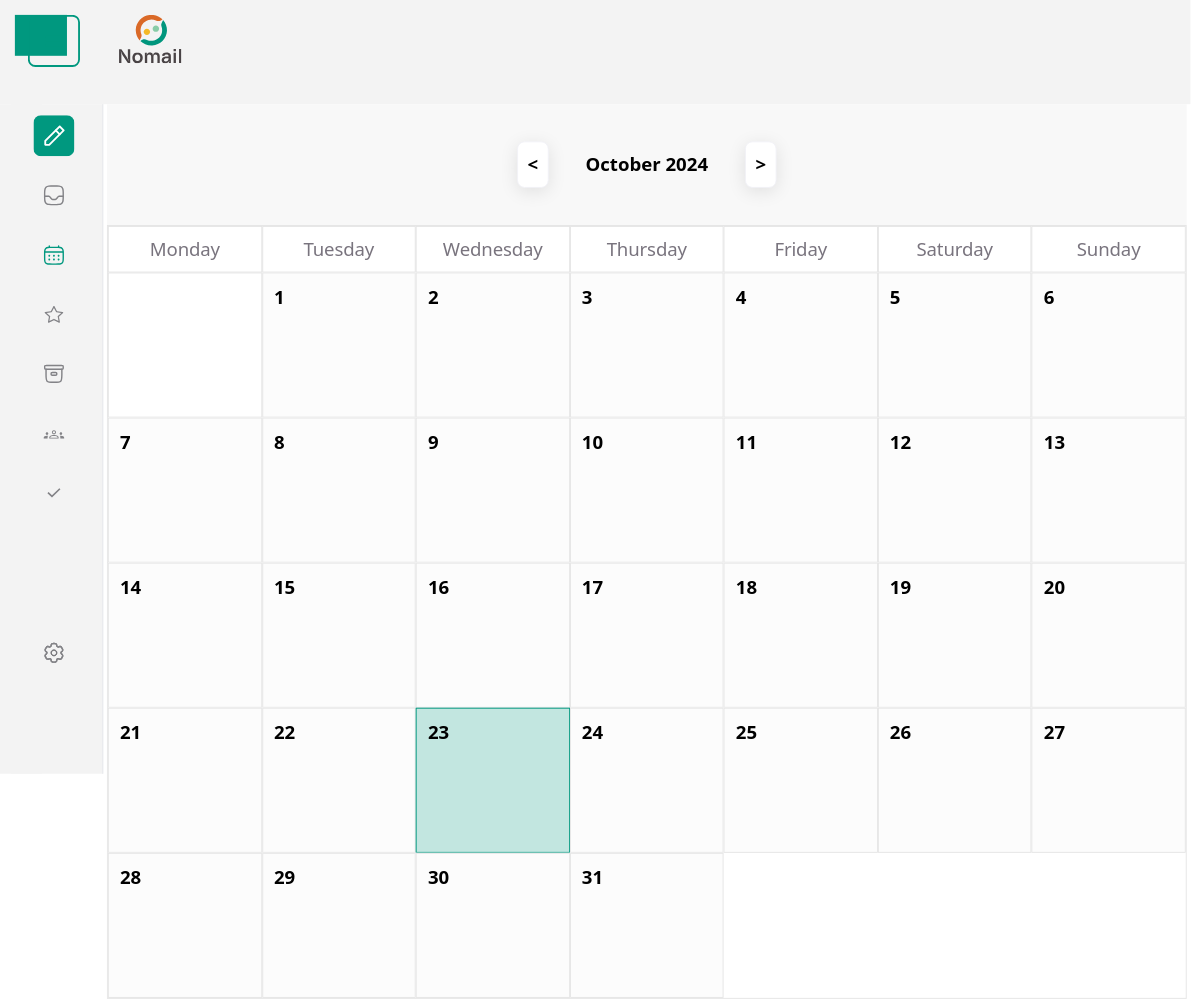
Repository: Tofigkh1/Nomail-App
Page: /calendar
An editor plug-in stored every save of this project. The page is shown before and after the next save, followed by the edit.
The browser window is 1280 px wide. The page is 1280 px wide, then 1286 px, so the pictures cover 1286 px, including what lies to the right of the window. The pictures show the whole page, at 93% of full size.
The project was rebuilt for these pictures with package versions that can differ from the ones it lists, and the page was loaded fresh each time. The framework's server and built-in components were replaced by stand-ins that run in the browser. Also part of the build but not shown: next.config.mjs, components/shared/svg/calendarSvg.jsx.

Above is the page before, as saved 2024-10-23 03:26:24.

After the next save:
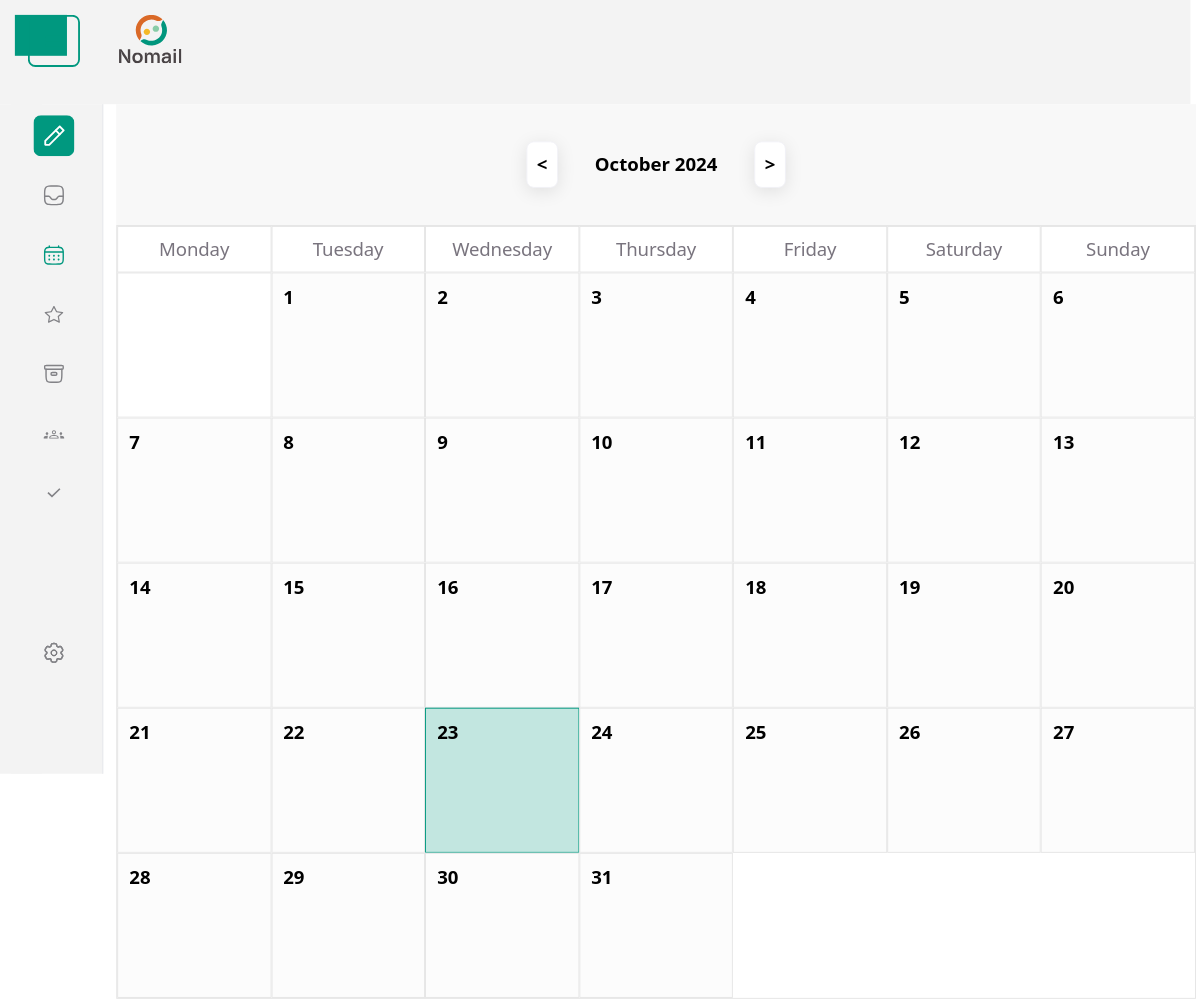
Saved 5 s later.
--- a/components/shared/client/Calendar/Calendar.css
+++ b/components/shared/client/Calendar/Calendar.css
@@ -3,7 +3,7 @@
     background-color: #f8f8f8;
     color: black;
     margin: 0 auto;
-    margin-left: 70px;
+    margin-left: 80px;
   }
 
   .calendar-header {
